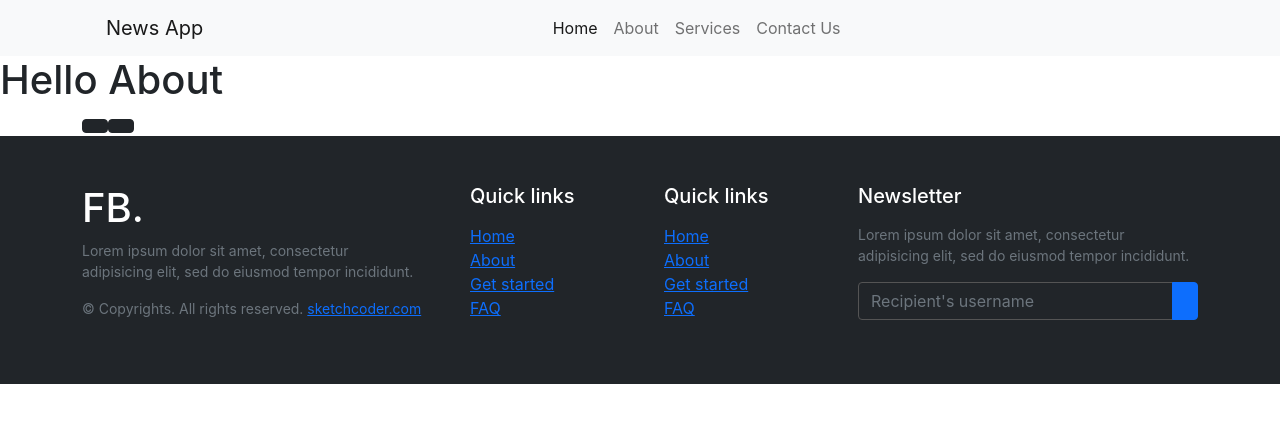
Repository: ZainAkbar51214/News-Site
Page: /about
These files come from the project's save history. The page is drawn as it stood at one moment and after the next save; the edit follows.
The browser window is 1280 px wide. The pictures show the whole page.
The page's requests for data from a server got no answer. The project was rebuilt for these pictures with package versions that can differ from the ones it lists, and the page was loaded fresh each time. A package was used in the major version that the imports need, not the one package.json lists. No one was signed in, and anything a server would have sent is missing. Also part of the build but not shown: src/Components/pages/Home.jsx, src/App.css, src/Components/Layouts/NewsItem.js.

Above is the page before, as saved 2023-12-17 02:26:28.

After the next save:
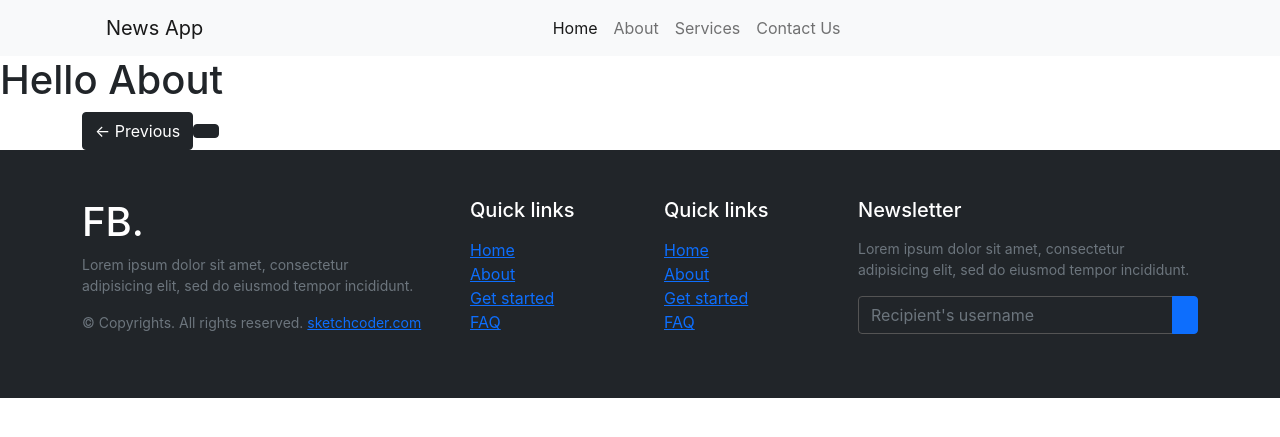
Saved 49 s later.
--- a/src/Components/Layouts/News.js
+++ b/src/Components/Layouts/News.js
@@ -43,7 +43,7 @@ class News extends Component {
 
                     </div>
                     <div className='col-lg-12'>
-                        <button type='button' className='btn btn-dark' onClick={this.handPrevClick}></button>
+                        <button type='button' className='btn btn-dark' onClick={this.handPrevClick}>&larr; Previous</button>
                         <button type='button' className='btn btn-dark' onClick={this.handNextClick}></button>
                     </div>
                 </div>
